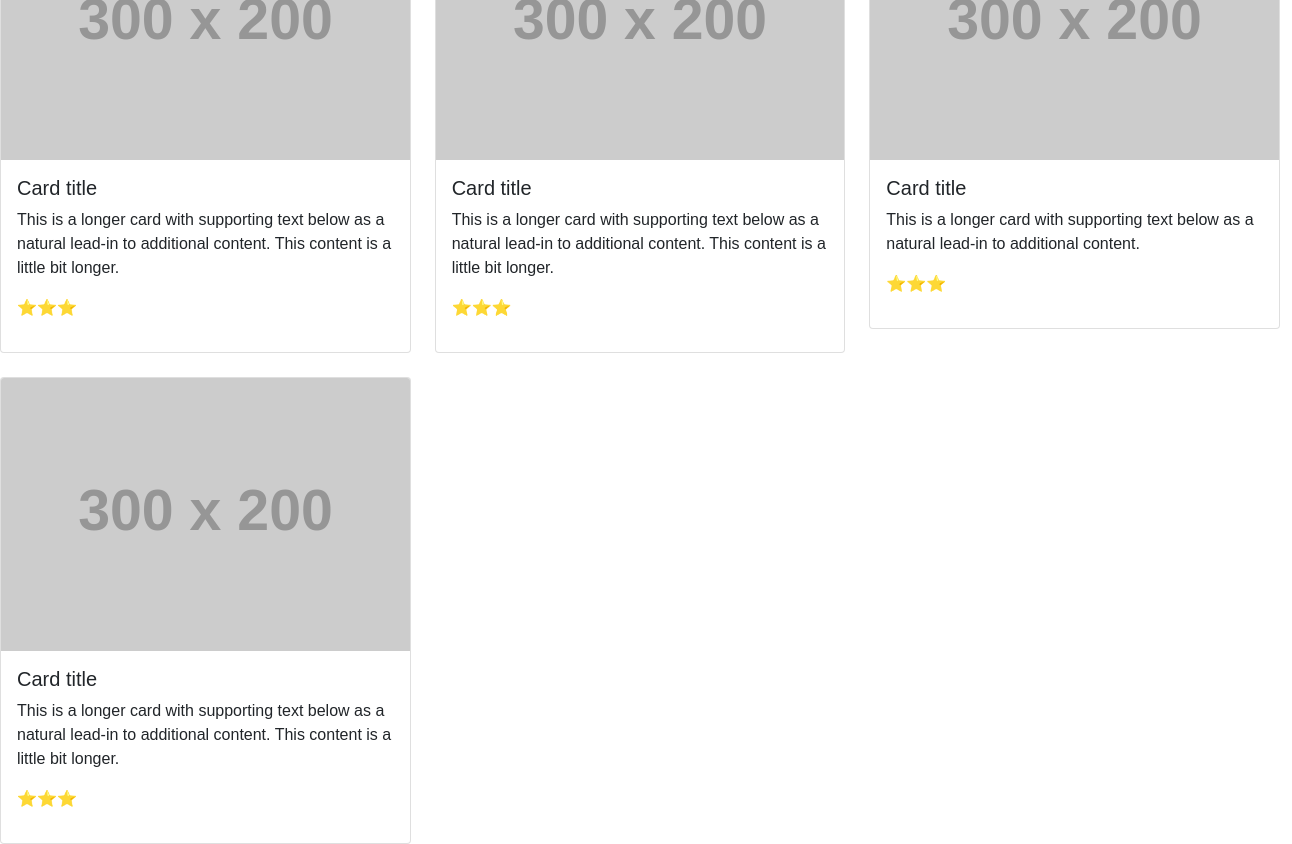
Repository: sinayaka-body/sparta
Page: frontend/bootstrap.html
The author's editor kept a copy of each file at every save. The page is drawn from the files as they stood at one save, then again after the next save.
The browser window is 1280 px wide. The page is 1292 px wide, so the pictures cover 1292 px, including what lies to the right of the window. The pictures show the part of the page from y = 646 to 1570 px (the page is 1490 px tall before and 1570 px after).
Some web fonts or font styles are not loaded; a fallback is used.

Above is the page before, as saved 2023-04-15 16:29:53.

### frontend/bootstrap.html
<!DOCTYPE html>
<html lang="en">
  <head>
    <meta charset="utf-8" />
    <meta name="viewport" content="width=device-width, initial-scale=1, shrink-to-fit=no" />

    <link href="https://cdn.jsdelivr.net/npm/bootstrap@5.0.2/dist/css/bootstrap.min.css" rel="stylesheet" integrity="sha384-EVSTQN3/azprG1Anm3QDgpJLIm9Nao0Yz1ztcQTwFspd3yD65VohhpuuCOmLASjC" crossorigin="anonymous" />
    <script src="https://ajax.googleapis.com/ajax/libs/jquery/3.5.1/jquery.min.js"></script>
    <script src="https://cdn.jsdelivr.net/npm/bootstrap@5.0.2/dist/js/bootstrap.bundle.min.js" integrity="sha384-MrcW6ZMFYlzcLA8Nl+NtUVF0sA7MsXsP1UyJoMp4YLEuNSfAP+JcXn/tWtIaxVXM" crossorigin="anonymous"></script>

    <title>Spartapedia</title>

    <style>
      @import url("https://fonts.googleapis.com/css2?family=Gowun+Dodum&display=swap");

      * {
        font-family: "Hahmlet", sans-serif;
      }

      .mytitle {
        width: 100%;
        height: 250px;

        background-image: linear-gradient(0deg, rgba(0, 0, 0, 0.5), rgba(0, 0, 0, 0.5)), url("https://movie-phinf.pstatic.net/20210715_95/1626338192428gTnJl_JPEG/movie_image.jpg");
        background-position: center;
        background-size: cover;

        color: white;

        display: flex;
        flex-direction: column;
        align-items: center;
        justify-content: center;
      }

      .mytitle > button {
        width: 200px;
        height: 50px;

        background-color: transparent;
        color: white;

        border-radius: 50px;
        border: 1px solid white;

        margin-top: 10px;
      }

      .mytitle > button:hover {
        border: 2px solid white;
      }
    </style>
  </head>

  <body>
    <div class="mytitle">
      <h1>My favorite movies</h1>
      <button>Save a new movie</button>
    </div>

    <div class="review_post">
      <div class="review_post_url">
        <input type="email" placeholder="name@example.com" />
        <label for=""></label>
      </div>
      <div class="review_post_comment">
        <textarea name="" id="" cols="30" rows="10"></textarea>
      </div>
      <div class="review_post_btn"></div>
    </div>

    <div class="row row-cols-1 row-cols-md-3 g-4">
      <div class="col">
        <div class="card">
          <img src="https://placehold.jp/300x200.png" class="card-img-top" alt="..." />
          <div class="card-body">
            <h5 class="card-title">Card title</h5>
            <p class="card-text">This is a longer card with supporting text below as a natural lead-in to additional content. This content is a little bit longer.</p>
            <p>⭐⭐⭐</p>
            <p style="color: red"></p>
          </div>
        </div>
      </div>
      <div class="col">
        <div class="card">
          <img src="https://placehold.jp/300x200.png" class="card-img-top" alt="..." />
          <div class="card-body">
            <h5 class="card-title">Card title</h5>
            <p class="card-text">This is a longer card with supporting text below as a natural lead-in to additional content. This content is a little bit longer.</p>
            <p>⭐⭐⭐</p>
            <p style="color: red"></p>
          </div>
        </div>
      </div>
      <div class="col">
        <div class="card">
          <img src="https://placehold.jp/300x200.png" class="card-img-top" alt="..." />
          <div class="card-body">
            <h5 class="card-title">Card title</h5>
            <p class="card-text">This is a longer card with supporting text below as a natural lead-in to additional content.</p>
            <p>⭐⭐⭐</p>
            <p style="color: red"></p>
          </div>
        </div>
      </div>
      <div class="col">
        <div class="card">
          <img src="https://placehold.jp/300x200.png" class="card-img-top" alt="..." />
          <div class="card-body">
            <h5 class="card-title">Card title</h5>
            <p class="card-text">This is a longer card with supporting text below as a natural lead-in to additional content. This content is a little bit longer.</p>
            <p>⭐⭐⭐</p>
            <p style="color: red"></p>
          </div>
        </div>
      </div>
    </div>
  </body>
</html>

After the next save:
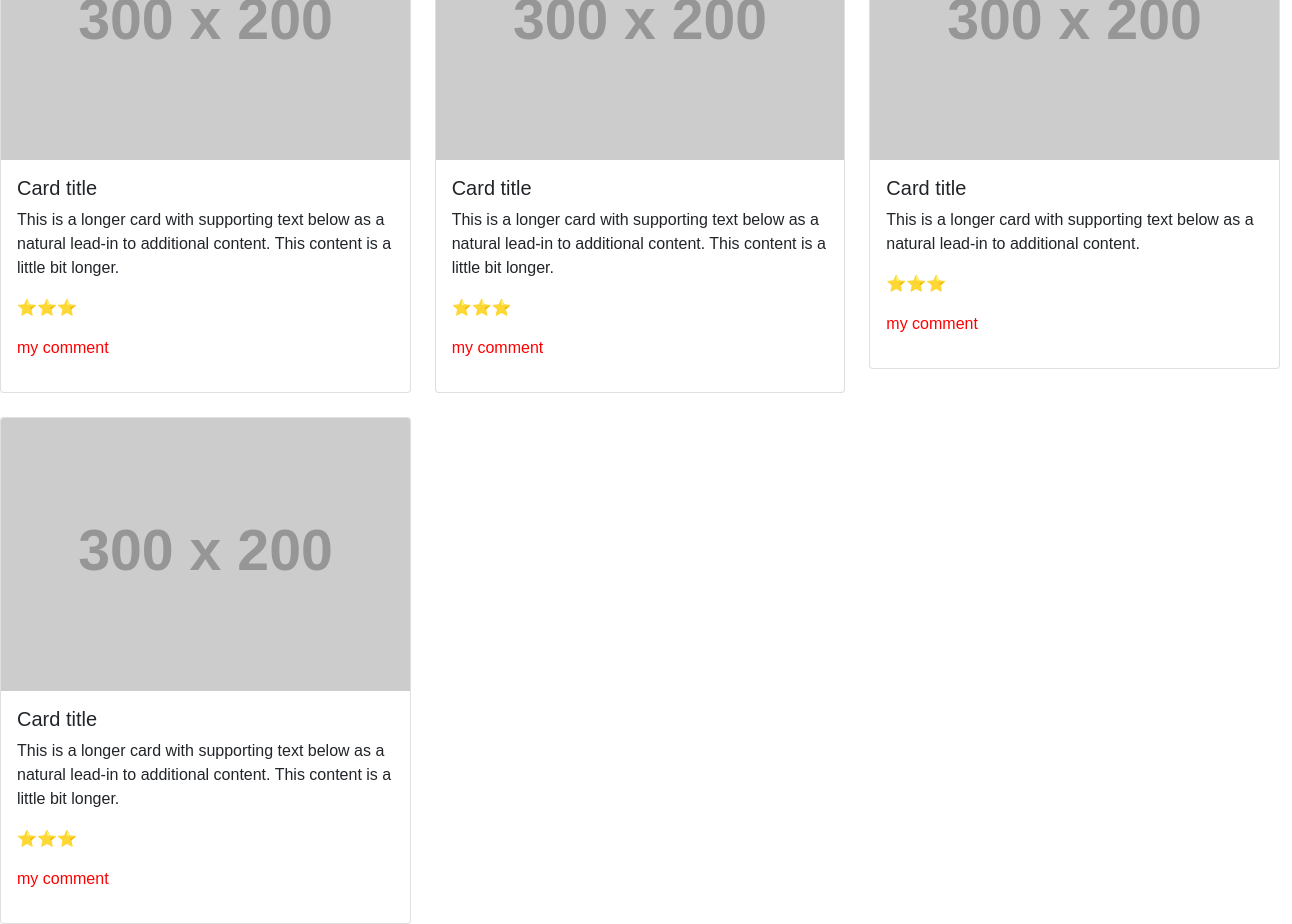
Saved 35 s later.
--- a/frontend/bootstrap.html
+++ b/frontend/bootstrap.html
@@ -77,7 +77,7 @@
             <h5 class="card-title">Card title</h5>
             <p class="card-text">This is a longer card with supporting text below as a natural lead-in to additional content. This content is a little bit longer.</p>
             <p>⭐⭐⭐</p>
-            <p style="color: red"></p>
+            <p style="color: red">my comment</p>
           </div>
         </div>
       </div>
@@ -88,7 +88,7 @@
             <h5 class="card-title">Card title</h5>
             <p class="card-text">This is a longer card with supporting text below as a natural lead-in to additional content. This content is a little bit longer.</p>
             <p>⭐⭐⭐</p>
-            <p style="color: red"></p>
+            <p style="color: red">my comment</p>
           </div>
         </div>
       </div>
@@ -99,7 +99,7 @@
             <h5 class="card-title">Card title</h5>
             <p class="card-text">This is a longer card with supporting text below as a natural lead-in to additional content.</p>
             <p>⭐⭐⭐</p>
-            <p style="color: red"></p>
+            <p style="color: red">my comment</p>
           </div>
         </div>
       </div>
@@ -110,7 +110,7 @@
             <h5 class="card-title">Card title</h5>
             <p class="card-text">This is a longer card with supporting text below as a natural lead-in to additional content. This content is a little bit longer.</p>
             <p>⭐⭐⭐</p>
-            <p style="color: red"></p>
+            <p style="color: red">my comment</p>
           </div>
         </div>
       </div>
